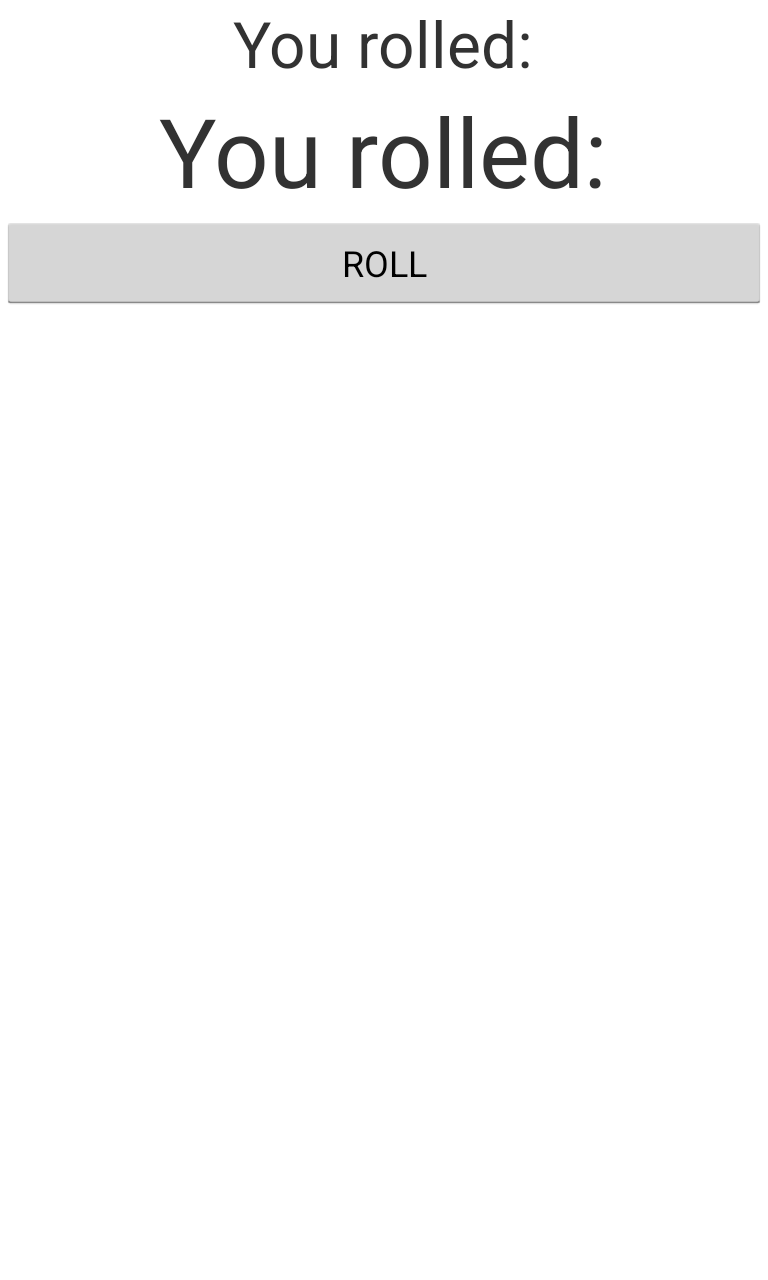
Repository: Bjodol/Roller
Layout: Roller/res/layout/dice_thrower.xml
These files come from the project's save history. The layout is drawn as it stood at one moment and after the next save; the edit follows.
It is drawn on a 768 x 1280 px phone screen (xhdpi) without system bars, with theme AppTheme; the app's code is not run. The app's manifest (not shown) leaves right-to-left support off. So textAlignment, textDirection and layoutDirection are ignored, and left and right values win over start and end ones.

Above is the layout before, as saved 2013-08-29 10:25:08.

After the next save:
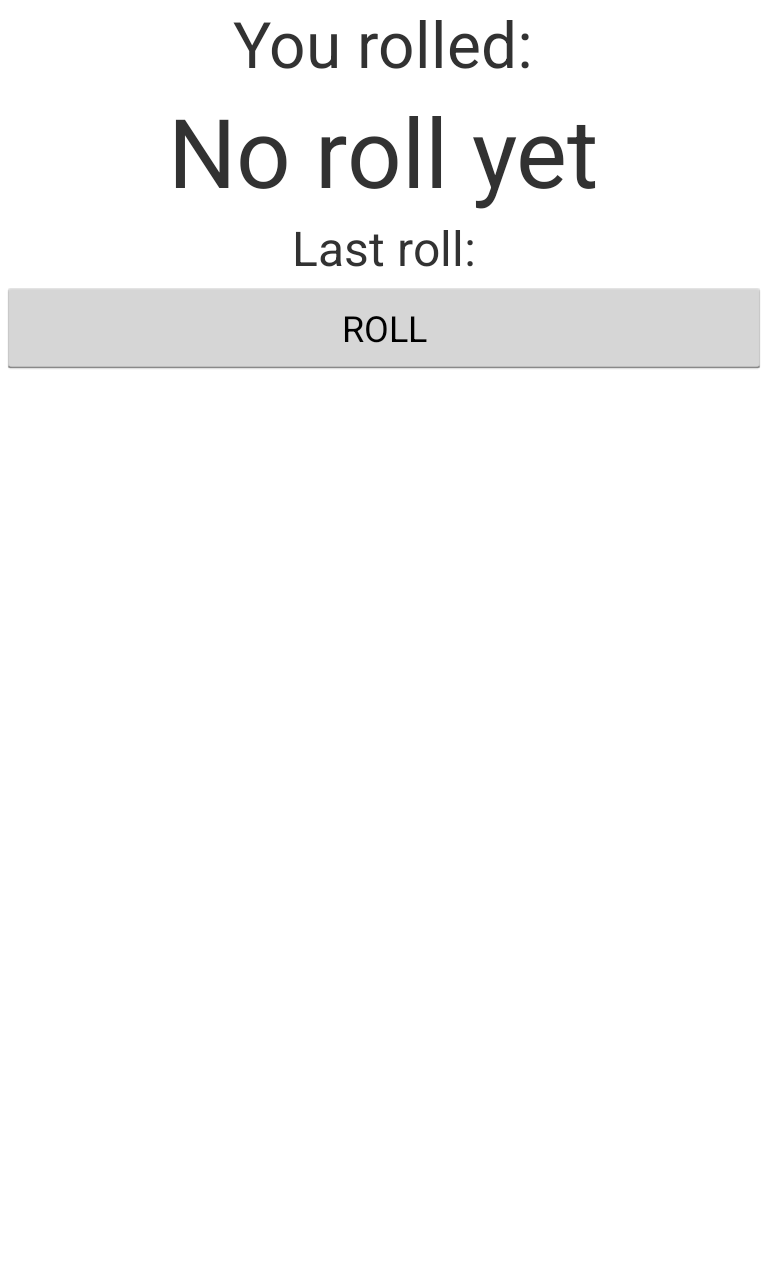
Saved 18 s later.
--- a/Roller/res/layout/dice_thrower.xml
+++ b/Roller/res/layout/dice_thrower.xml
@@ -18,9 +18,18 @@
         android:layout_width="wrap_content"
         android:layout_height="wrap_content"
         android:layout_gravity="center_horizontal"
-        android:text="@string/youRolled"
+        android:text="@string/noRolls"
         android:textAlignment="center"
         android:textSize="48sp"
+        />
+
+        <TextView
+        android:layout_width="wrap_content"
+        android:layout_height="wrap_content"
+        android:layout_gravity="center_horizontal"
+        android:text="@string/lastRoll"
+        android:textAlignment="center"
+        android:textSize="24sp"
         />
 
     "
